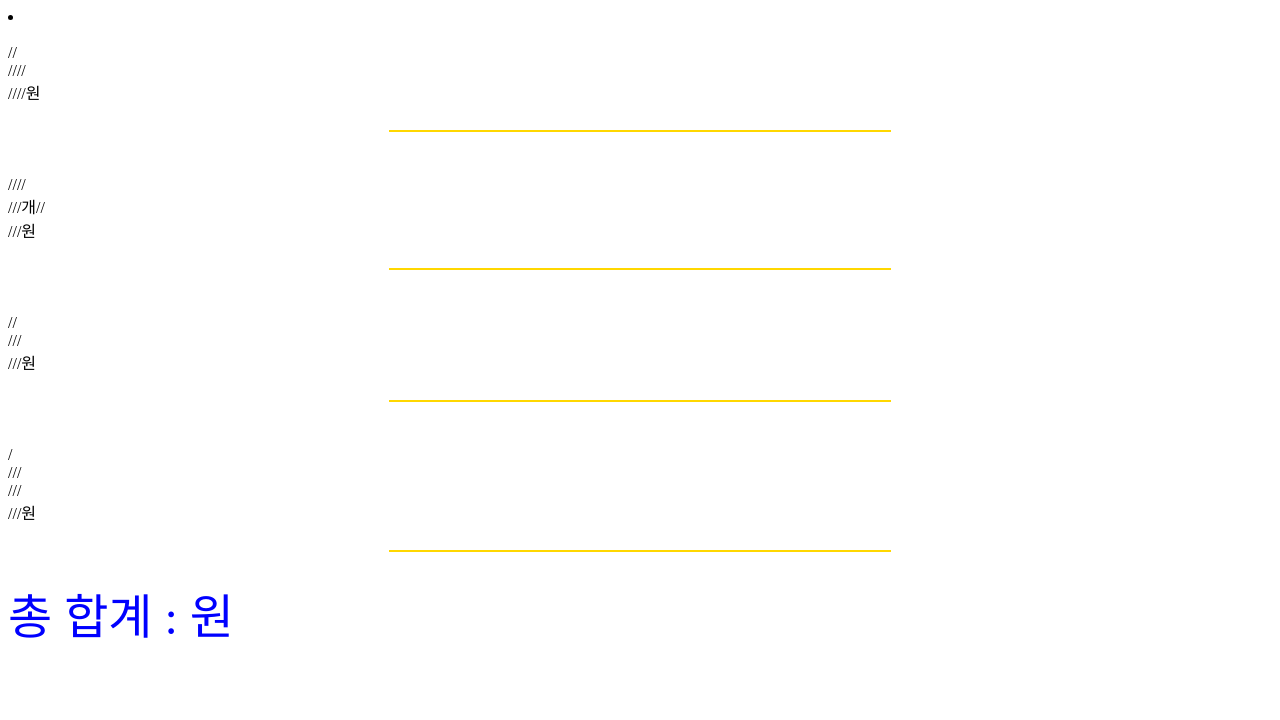
Repository: skywalker221-Minsoo/Java-project
Page: http://localhost/SecondProject/WEB-INF/views/random.jsp
The author's editor kept a copy of each file at every save. The page is drawn from the files as they stood at one save, then again after the next save.
The browser window is 1280 px wide. The pictures show the whole page.
The page is served by Tomcat 9. Nobody is signed in. Other server files are loaded and not shown. The template is opened directly, without the code that normally fills it, so the values that code supplies are empty.

Above is the page before, as saved 2021-04-08 09:03:26.

### SecondProject/src/main/webapp/WEB-INF/views/random.jsp
<%@ page import="com.mega.project.CPUDAO"%>
<%@ page import="com.mega.project.CPUVO"%>
<%@ page import="com.mega.project.GraphicDAO"%>
<%@ page import="com.mega.project.GraphicVO"%>
<%@ page import="com.mega.project.MemoryDAO"%>
<%@ page import="com.mega.project.MemoryVO"%>
<%@ page import="com.mega.project.MainBoardDAO"%>
<%@ page import="com.mega.project.MainBoardVO"%>
<%@ page language="java" contentType="text/html; charset=UTF-8"
	pageEncoding="UTF-8"%>
<li id="ui-widget-recommand">
	<img src="${vo.img}"><br><br>
	${vo.subject}/${vo.company}/<br>
	${vo.indate}/${vo.sort}/${vo.socket}/${vo.generation}/<br>
	${vo.birth}/${vo.chipline}/${vo.pcie}/${vo.maxpcie}/${vo.fee}원<br><br>
	<hr color="gold" width="500px"><br>
	<img src="${vo4.img}"><br><br>
	${vo4.subject}/${vo4.company}/${vo4.indate}/${vo4.use}/<br>
	${vo4.classify}/${vo4.standard}/${vo4.capacity}/${vo4.pack}개/${vo4.clock}/<br>
	${vo4.ramtime}/${vo4.voltage}/${vo4.heatsink}/${vo4.fee}원<br><br>
	<hr color="gold" width="500px"><br>
	<img src="${vo3.img}"><br><br>
	${vo3.subject}/${vo3.company}/<br>
	${vo3.indate}/${vo3.socket}/${vo3.lineup}/<br>
	${vo3.chipset}/${vo3.factor}/${vo3.power}/${vo3.fee}원<br><br>
	<hr color="gold" width="500px"><br>
	<img src="${vo2.img}"><br><br>
	${vo2.subject}/<br>
	${vo2.company}/${vo2.indate}/${vo2.series}/<br>
	${vo2.chipline}/${vo2.chipset}/${vo2.base}/<br>
	${vo2.boost}/${vo2.cuda}/${vo2.itf}/${vo2.fee}원<br><br>
	<hr color="gold" width="500px"><br>
	<font size="20" color="blue">총 합계 : ${sum}원</font>
</li>

After the next save:
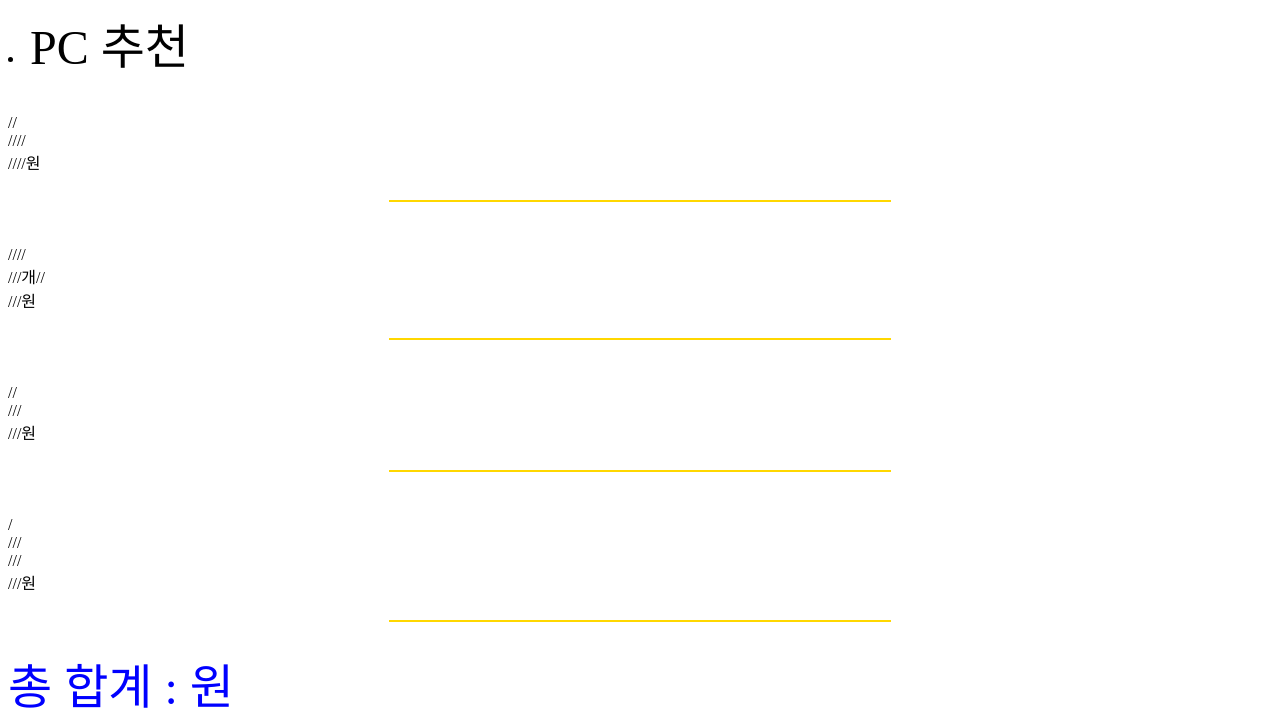
Saved 74 s later.
--- a/SecondProject/src/main/webapp/WEB-INF/views/random.jsp
+++ b/SecondProject/src/main/webapp/WEB-INF/views/random.jsp
@@ -9,6 +9,7 @@
 <%@ page language="java" contentType="text/html; charset=UTF-8"
 	pageEncoding="UTF-8"%>
 <li id="ui-widget-recommand">
+	<font size="30" color="black">PC 추천</font><br><br>
 	<img src="${vo.img}"><br><br>
 	${vo.subject}/${vo.company}/<br>
 	${vo.indate}/${vo.sort}/${vo.socket}/${vo.generation}/<br>
